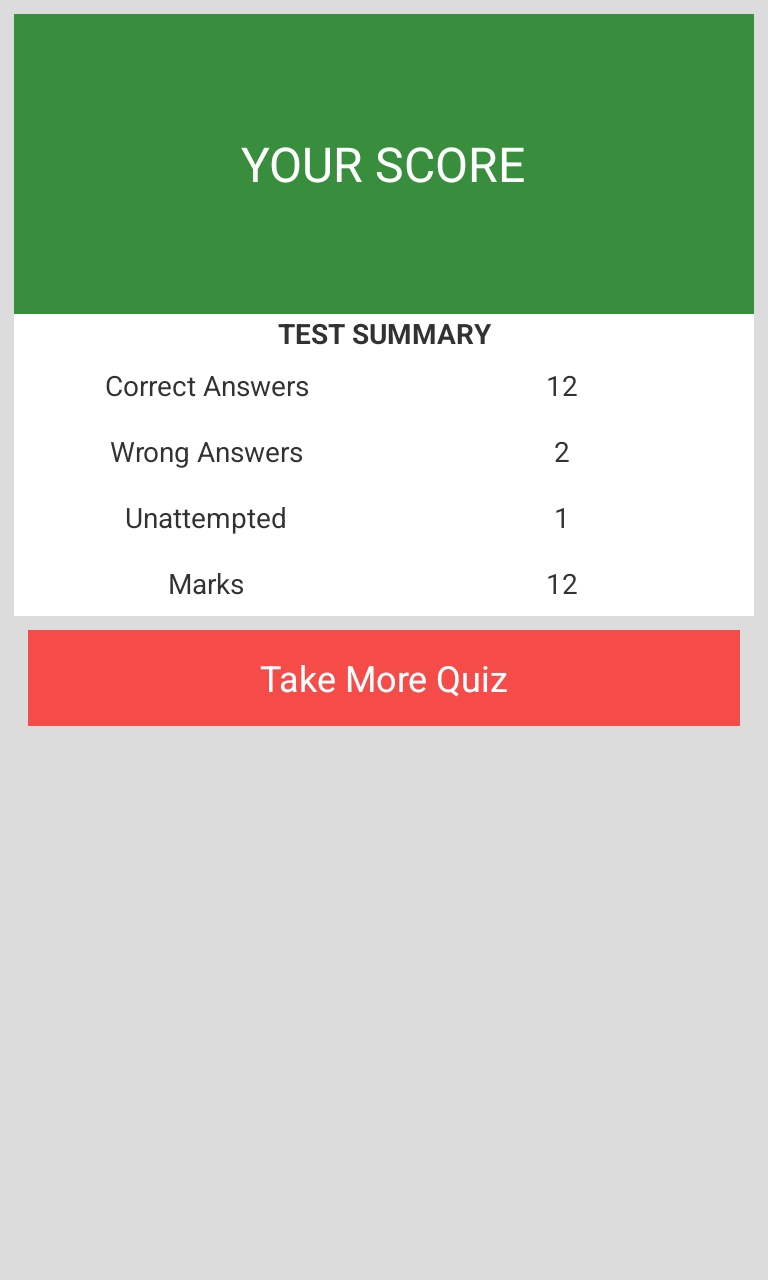
Repository: Harshil737/Career-Launcher
Layout: CareerLauncher/res/layout/activity_test_result_page.xml
The author's editor kept a copy of each file at every save. The layout is drawn from the files as they stood at one save, then again after the next save.
It is drawn on a 768 x 1280 px phone screen (xhdpi) without system bars, with theme AppTheme; the app's code is not run.

Above is the layout before, as saved 2017-11-04 13:13:33.

After the next save:
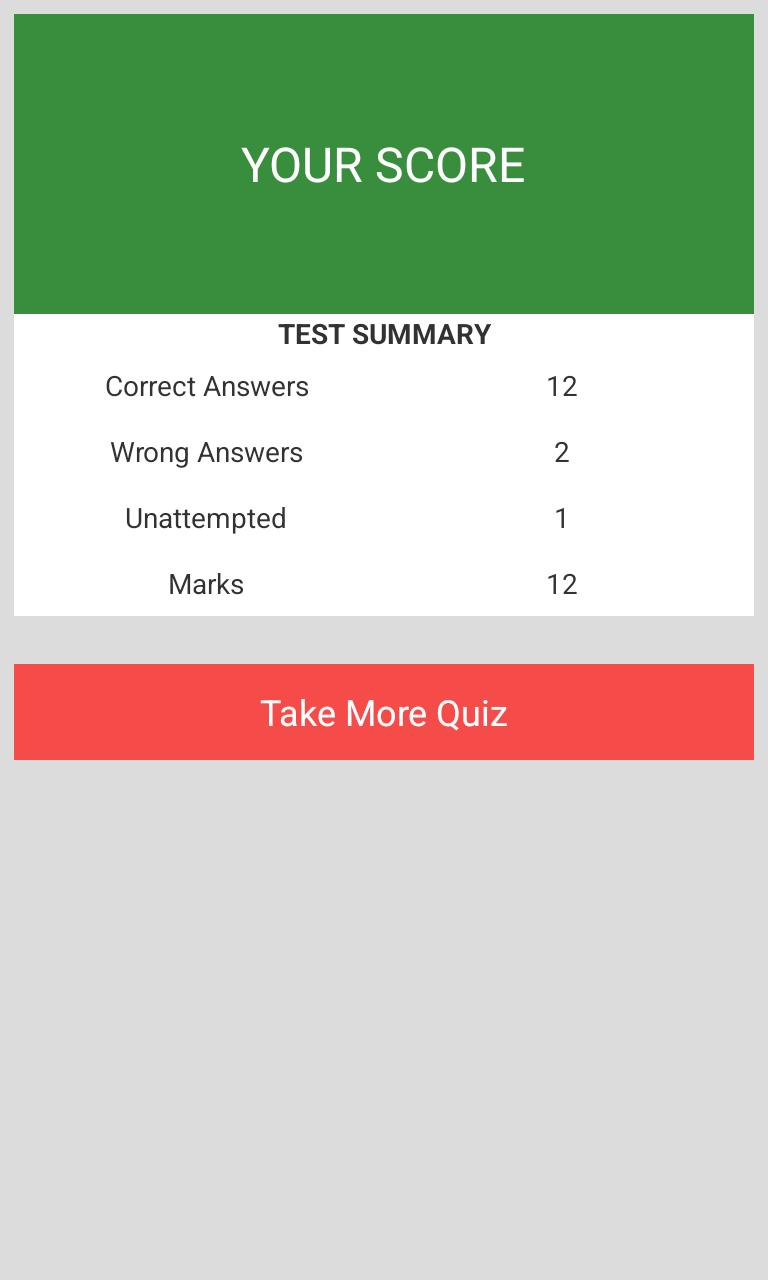
Saved 25 s later.
--- a/CareerLauncher/res/layout/activity_test_result_page.xml
+++ b/CareerLauncher/res/layout/activity_test_result_page.xml
@@ -135,7 +135,6 @@
         android:layout_height="wrap_content"
         android:layout_below="@id/test_result_page_tmp"
         android:layout_gravity="center_horizontal"
-        android:layout_margin="7dp"
         android:layout_marginTop="24dp"
         android:background="#f64c49"
         android:text="Take More Quiz"

After the save that followed:
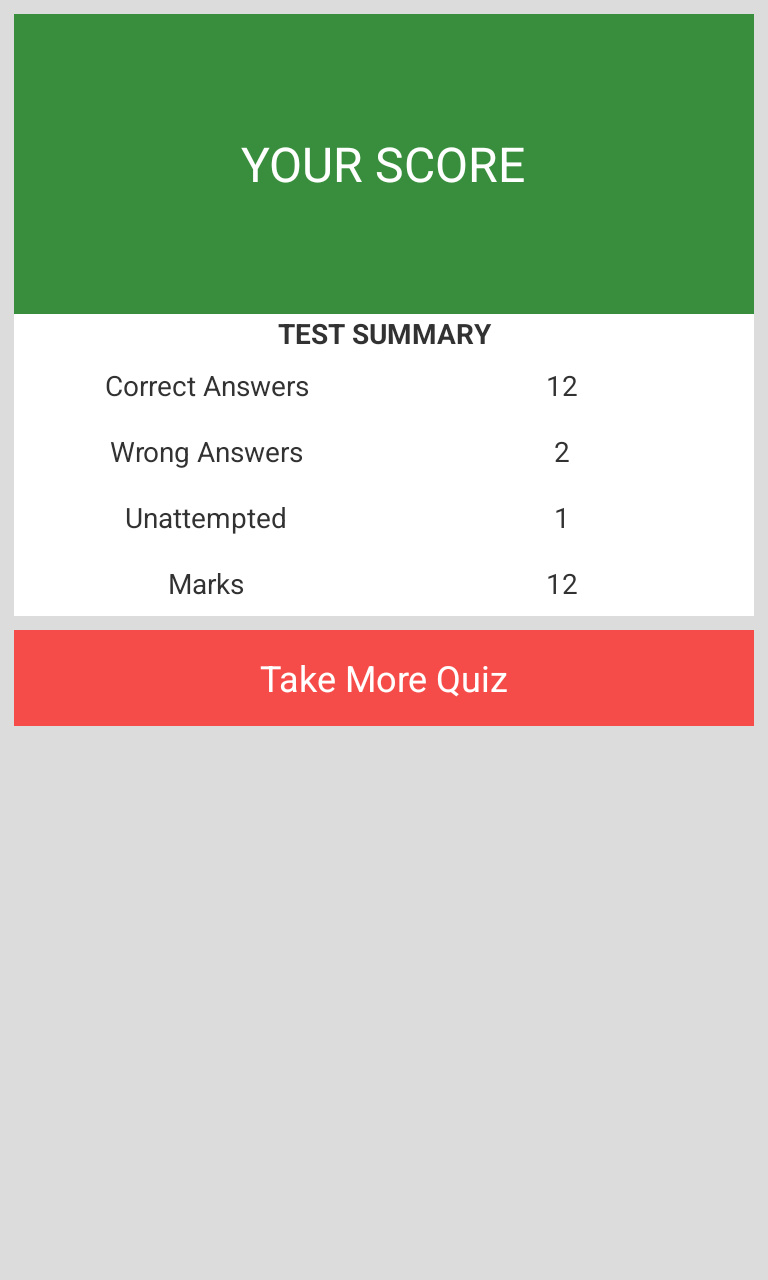
Saved 12 s later.
--- a/CareerLauncher/res/layout/activity_test_result_page.xml
+++ b/CareerLauncher/res/layout/activity_test_result_page.xml
@@ -135,7 +135,7 @@
         android:layout_height="wrap_content"
         android:layout_below="@id/test_result_page_tmp"
         android:layout_gravity="center_horizontal"
-        android:layout_marginTop="24dp"
+        android:layout_marginTop="7dp"
         android:background="#f64c49"
         android:text="Take More Quiz"
         android:textColor="#FFFFFF" />
